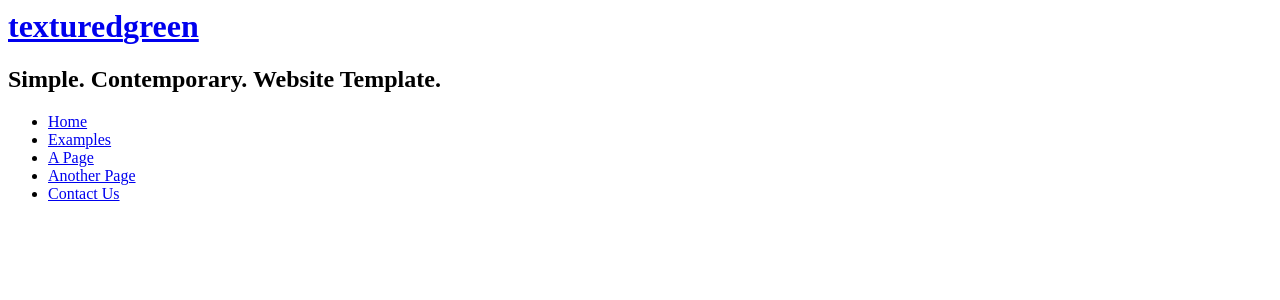
Repository: ngttuyen/JavaWeb
Page: http://localhost/MyWebsite/includes/header.jsp
The author's editor kept a copy of each file at every save. The page is drawn from the files as they stood at one save, then again after the next save.
The browser window is 1280 px wide. The pictures show the whole page.
The page is served by Tomcat 9. Other server files are loaded and not shown.

Above is the page before, as saved 2019-06-01 09:38:30.

### MyWebsite/WebContent/includes/header.jsp
<%@page contentType="text/html" pageEncoding="utf-8" %>
<div id="header">
      <div id="logo">
        <div id="logo_text">
          <!-- class="logo_colour", allows you to change the colour of the text -->
          <h1><a href="index.jsp">textured<span class="logo_colour">green</span></a></h1>
          <h2>Simple. Contemporary. Website Template.</h2>
        </div>
      </div>
      <div id="menubar">
        <ul id="menu">
          <!-- put class="selected" in the li tag for the selected page - to highlight which page you're on -->
          <li class="selected"><a href="#">Home</a></li>
          <li><a href="#">Examples</a></li>
          <li><a href="#">A Page</a></li>
          <li><a href="#">Another Page</a></li>
          <li><a href="#">Contact Us</a></li>
        </ul>
      </div>
    </div>

After the next save:
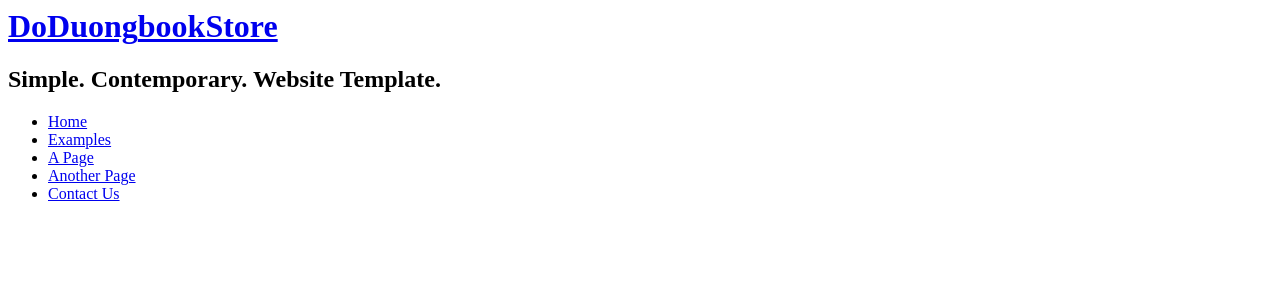
Saved 29 s later.
--- a/MyWebsite/WebContent/includes/header.jsp
+++ b/MyWebsite/WebContent/includes/header.jsp
@@ -3,7 +3,7 @@
       <div id="logo">
         <div id="logo_text">
           <!-- class="logo_colour", allows you to change the colour of the text -->
-          <h1><a href="index.jsp">textured<span class="logo_colour">green</span></a></h1>
+          <h1><a href="index.jsp">DoDuong<span class="logo_colour">bookStore</span></a></h1>
           <h2>Simple. Contemporary. Website Template.</h2>
         </div>
       </div>
